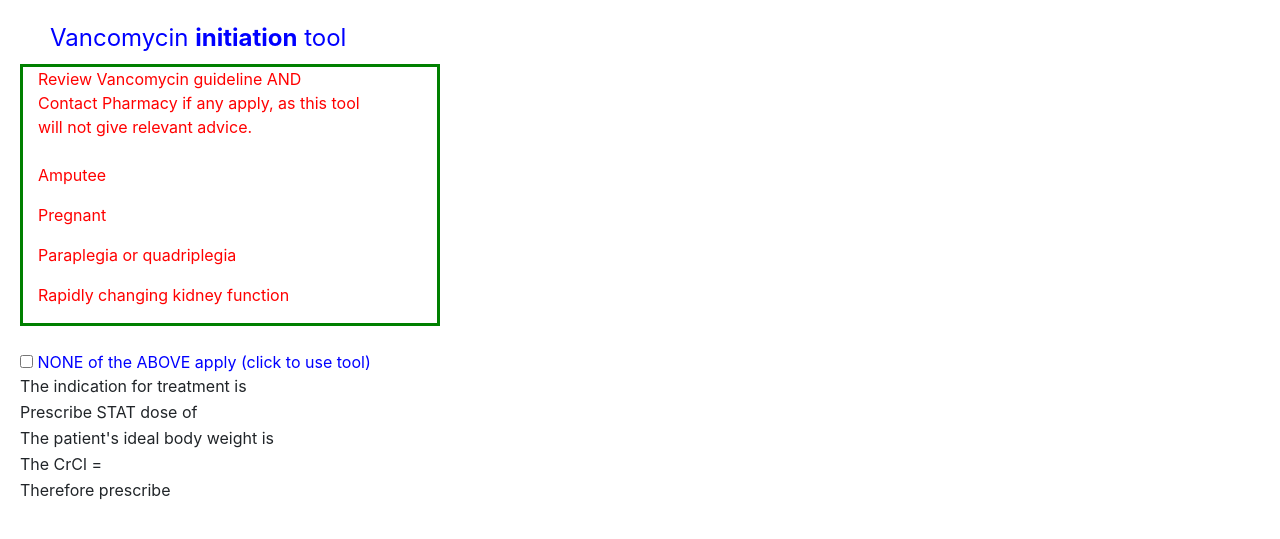
Repository: Mismiles/project-clinical-calculator
Page: index.html
The author's editor kept a record of every edit. The page is drawn from the files as they stood at one moment, then again after the next edit.
The browser window is 1280 px wide. The pictures show the whole page.

Above is the page before.

### index.html
<!doctype html>
<html lang="en">
  <head>
    <!-- Required meta tags -->
    <meta charset="utf-8">
    <meta name="viewport" content="width=device-width, initial-scale=1, shrink-to-fit=no">

    <!-- Bootstrap CSS -->
    <link rel="stylesheet" href="https://stackpath.bootstrapcdn.com/bootstrap/4.3.1/css/bootstrap.min.css" integrity="sha384-ggOyR0iXCbMQv3Xipma34MD+dH/1fQ784/j6cY/iJTQUOhcWr7x9JvoRxT2MZw1T" crossorigin="anonymous">

    <!-- Custom CSS -->
    <link href="css/stylesheet.css" rel="stylesheet">

    <title>Vancomycin calculation tool</title>

  </head>
  <body>

<form name="vanc">
<fieldset>

<!-- Form Name -->
<legend>Vancomycin <b>initiation</b> tool</legend>

<!-- Parameters -->
<section id='parameters'>
  <div class="col-lg-4 statement" for="parameters" style="color:red">Review Vancomycin guideline AND <br> Contact Pharmacy if any apply, as this tool <br> will not give relevant advice.
    <br>
    <br>
    <p>Amputee</p>
    <p>Pregnant</p>
    <p>Paraplegia or quadriplegia</p>
    <p>Rapidly changing kidney function</p>
	</div>
</section>

<!-- Safe to use tool-->
	<br>
	<div style="color:blue">
      <input type="checkbox" name="parameters" id="showform" onclick="displayForm(); hideParameters();">
      NONE of the ABOVE apply (click to use tool)
</div>

<section id='vancform'>
<!-- Indication-->
<br>
<div class="form-group">
  <label class="col-md-4 control-label" for="indication"><b>Indication</b></label>
  <div class="col-md-4">
  <input id="ind" name="indication" type="text" autocomplete="off" placeholder="Specify" class="form-control input-md" required="">
  </div>
</div>

<!-- Gender -->
<div class="form-group">
  <label class="col-md-4 control-label" for="gender"><b>Gender</b></label>
  <div class="col-md-4">
   <div class="btn-group btn-group-toggle" data-toggle="buttons">
  <label class="btn btn-outline-primary">
    <input type="radio" name="options" id="male" value="males" onclick="getGender()"> Male
  </label>
  <label class="btn btn-outline-danger">
    <input type="radio" name="options" id="female" value="females" onclick="getGender()"> Female
  </label>
</div>
  </div>
</div>

<!-- Age-->
<div class="form-group">
  <label class="col-md-4 control-label" for="age"><b>Age</b></label>
  <div class="col-md-4">
  <input id="age" name="age" type="text" maxlength="3" placeholder="Age in years" autocomplete="off" class="form-control input-md" required="">
  </div>
</div>

<!-- Weight-->
<div class="form-group">
  <label class="col-md-4 control-label" for="weight"><b>Weight in kg</b></label>
  <div class="col-md-4">
  <input id="weight" name="weight" type="text" maxlength="3" placeholder="Weight in kg" autocomplete="off" class="form-control input-md" required="">
</div>
</div>

<!-- Date picker-->
<div class="form-group">
        <label class="col-md-4 control-label" for="date"><b>Date Weight Taken</b></label>
          <div class="col-md-4">
        <input id="form-control input-md date" name="date" autocomplete="off" placeholder="MM/DD/YYY" type="date" required="" onclick="verifyDate()">
          </div>
</div>
<p id="datemessage"></p>

  <div class="checkbox">
    <label for="parameters-0">
      <input type="radio" name="parameters" id="abnormalWeight" value="" onclick="toggleIBW(); displayHeight();">
      Abnormal Weight (BMI &lt; 18.5 OR BMI &gt; 25) <br><span style="color:green"><i>Tick to help calculate BMI</i></span>
    </label>
	</div>

	 <div class="checkbox">
    <label for="parameters-1">
      <input type="radio" name="parameters" id="normalweight" value="" onclick="toggleIBW(); displayHeight();">
      Normal weight (BMI &gt; 18.5 and &lt; 25)
    </label>
	</div>
</div>
</div>

<!-- Height-->
<section id="heightbox" class="form-group">
  <label class="col-md-4 control-label" for="height"><b>Height in cm</b></label>
  <div class="col-md-4">
  <input id="height" name="height" type="text" maxlength="3" autocomplete="off" placeholder="Height in cm" class="form-control input-md" required="">
</div>
</section>

<!-- Creatinine-->
<div class="form-group">
  <label class="col-md-4 control-label" for="creatinine"><b>Serum Creatinine in µmol/L</b></label>
  <div class="col-md-4">
  <input id="creatinine" name="creatinine" type="text" autocomplete="off" maxlength="3" placeholder="Creatinine" class="form-control input-md" data-bind="value:replyNumber" required="">
  </div>
</div>

<!-- Disclaimer-->
<div style="color:red">
      <input type="checkbox" name="parameters" id="showform" onclick="safety;">
      I confirm that this tool takes no clinical responsibility for outcomes and I will use this tool to aid my ultimate clinical decision>
</div>

<!-- Button -->
<div class="form-group">
  <label class="col-md-4 control-label" for="calculate"></label>
  <div class="col-md-4">
    <script type="text/javascript" src="js/calculation.js"></script>
    <button id="calc" name="calculate" type="button" class="btn btn-primary" onclick="runCalcs();" >Display dose and monitoring advice</button>
  </div>
</div>

</fieldset>
</form>
</section>

<section id="dosingAdvice">
<p id="indication" class="text">The indication for treatment is</p>
<p id="stat_dose" class="text">Prescribe STAT dose of</p>
<p id="bmi_calc" class="text">The patient's BMI is</p>
<p id="ibw_text" class="text">The patient's ideal body weight is</p>
<p id="result_g" class="text">The CrCl =</p>
<p id="main_dose" class="text">Therefore prescribe</p>
</section>


<!-- Image carousel -->
  <div id="carouselExampleIndicators" class="carousel slide row" data-ride="carousel">
  <ol class="carousel-indicators">
    <li data-target="#carouselExampleIndicators" data-slide-to="0" class="active"></li>
    <li data-target="#carouselExampleIndicators" data-slide-to="1"></li>
    <li data-target="#carouselExampleIndicators" data-slide-to="2"></li>
    <li data-target="#carouselExampleIndicators" data-slide-to="3"></li>
    <li data-target="#carouselExampleIndicators" data-slide-to="4"></li>
    <li data-target="#carouselExampleIndicators" data-slide-to="5"></li>
    <li data-target="#carouselExampleIndicators" data-slide-to="6"></li>
    <li data-target="#carouselExampleIndicators" data-slide-to="7"></li>
    <li data-target="#carouselExampleIndicators" data-slide-to="8"></li>
    <li data-target="#carouselExampleIndicators" data-slide-to="9"></li>
  </ol>
  <div class="carousel-inner">
    <div class="carousel-item active">
      <img class="d-block w-60" src="images/vanc1.jpg" alt="First slide">
    </div>
    <div class="carousel-item">
      <img class="d-block w-60" src="images/app1.jpg" alt="Second slide">
    </div>
    <div class="carousel-item">
      <img class="d-block w-60" src="images/app2.jpg" alt="Third slide">
    </div>
    <div class="carousel-item">
      <img class="d-block w-60" src="images/app3.jpg" alt="Fourth slide">
    </div>
    <div class="carousel-item">
      <img class="d-block w-60" src="images/app41.jpg" alt="Fifth slide">
    </div>
    <div class="carousel-item">
      <img class="d-block w-60" src="images/app42.jpg" alt="Sixth slide">
    </div>
     <div class="carousel-item">
      <img class="d-block w-60" src="images/app43.jpg" alt="Seventh slide">
    </div>
     <div class="carousel-item">
      <img class="d-block w-60" src="images/app5.jpg" alt="Eigth slide">
     </div>
     <div class="carousel-item">
      <img class="d-block w-60" src="images/app6.jpg" alt="Ninth slide">
     </div>
  </div>

  <a class="carousel-control-prev" href="#carouselExampleIndicators" role="button" data-slide="prev">
    <span class="carousel-control-prev-icon" aria-hidden="true"></span>
    <span class="sr-only">Previous</span>
  </a>
  <a class="carousel-control-next" href="#carouselExampleIndicators" role="button" data-slide="next">
    <span class="carousel-control-next-icon" aria-hidden="true"></span>
    <span class="sr-only">Next</span>
  </a>
</div>


    <!-- jQuery first, then Popper.js, then Bootstrap JS -->
    <script src="https://code.jquery.com/jquery-3.3.1.slim.min.js" integrity="sha384-q8i/X+965DzO0rT7abK41JStQIAqVgRVzpbzo5smXKp4YfRvH+8abtTE1Pi6jizo" crossorigin="anonymous"></script>
    <script src="https://cdnjs.cloudflare.com/ajax/libs/popper.js/1.14.7/umd/popper.min.js" integrity="sha384-UO2eT0CpHqdSJQ6hJty5KVphtPhzWj9WO1clHTMGa3JDZwrnQq4sF86dIHNDz0W1" crossorigin="anonymous"></script>
    <script src="https://stackpath.bootstrapcdn.com/bootstrap/4.3.1/js/bootstrap.min.js" integrity="sha384-JjSmVgyd0p3pXB1rRibZUAYoIIy6OrQ6VrjIEaFf/nJGzIxFDsf4x0xIM+B07jRM" crossorigin="anonymous"></script>

        <!-- Calulation JavaScript Code-->
    <script type="text/javascript" href="js/calculation.js"></script>

  </body>
</html>

### css/stylesheet.css
body {
    position: relative;
    font-size: 1em;
    margin-left: 20px;
    margin-top: 20px;

}

legend {
    padding-left: 30px;
    color: blue;
}

.statement {
 border-style: solid;
 border-color: green;
 white-space: nowrap;
 width: 470px;
 overflow: hidden;
 text-overflow: ellipsis;
  }

 .showform {
     color: blue;
 }

#heightbox{
  display: none;
}

#bmi_calc{
    display: none;
}

#vancform {
  display: none;
}

#parameters{
    display: block;
}

#ibw_text{
    display: block;
}

.text{
    margin-bottom: 2px;
}

.datemessage{
    color: red;
}


.carousel {
  width:740px;
  height:860px;
  display: none !important;
}

### js/calculation.js
//declare global variables
    var w = document.getElementById('weight');
    var a = window.document.getElementById('age');
    var h = window.document.getElementById('height');
    var c = window.document.getElementById('creatinine');
    var m = document.getElementById("male");
    var f = document.getElementById("female");
    var normalweight = document.getElementById('normalweight');

    console.log('connected');

    // this function displays the form when the checkbox is true
    var checkbox = document.getElementById('showform');
    function displayForm() {
        var vancform = document.getElementById('vancform');

        if (checkbox.checked) {
            vancform.style.display = 'block';
        } else {
            vancform.style.display = 'none';
        }
    }

    //this function hides the parameters to make more space for the form if slected
    function hideParameters() {
        var parameters = document.getElementById('parameters');

         if (checkbox.checked) {
            parameters.style.display = 'none';
        } else {
            parameters.style.display = 'block';
        }
    }

    //this function displays the height box if abnormal weight is slected
    function displayHeight() {
        var abnormalWeight = document.getElementById('abnormalWeight');
        var heightbox = document.getElementById('heightbox')
        var bmiText = document.getElementById('bmi_calc')

        if (abnormalWeight.checked) {
            heightbox.style.display = 'block';
            bmiText.style.display = 'block';
        } else if (normalweight.checked) {
            heightbox.style.display = 'none';
            bmiText.style.display = 'none';
        }
    }

    //indication statement
    function displayIndication() {
        var ind = document.getElementById('ind').value;
        return document.getElementById('indication').innerHTML = "The indication for treatment is " + "<b>" + ind + "<b>";
    }

        // Initial dose calculation
        var vDose;

        function dose() {
            //get the input
            var weight = w.value;

            if (isNaN(weight)) {
                vDose = "<em>Weight</em>must be a number!";
            } else if (weight < 40) {
                vDose = "750"+"mg";
            } else if (weight >=40 && weight<= 59) {
                vDose = "1000"+"mg";
            } else if (weight >=60 && weight<= 90) {
                vDose = "1500"+"mg";
            } else if (weight >90) {
                vDose = "2000"+"mg";
            }
            document.getElementById("stat_dose").innerHTML = "Prescribe STAT dose of " + "<b>" + vDose + "<b>";
        }


        //Calculate BMI
        var bmi;
        function calculateBmi() {
            var weight = w.value;
            var height = h.value;

            if (isNaN(weight)) {
                bmi = "<em>Weight</em>must be a number!";
            }else if (isNaN(height)) {
                bmi = "<em>Height</em>must be a number!";
            }else if (normalweight.checked) {
                bmi = "normal";
            }else {
                bmi = (weight/(height/100*height/100)).toFixed(2);
        }
            document.getElementById("bmi_calc").innerHTML = "The patient's BMI is  " + "<b>" + bmi +  "<b>";
        }


        function toggleIBW() {
        var ibwtext = document.getElementById('ibw_text');

         if (normalweight.checked) {
            ibwtext.style.display = 'none';
        } else if (abnormalWeight.checked) {
            ibwtext.style.display = 'block';
        }
    }

        // If overweight, calculate IBW
                var IBW;
        function idealBodyWeight () {

            var formula = 0.91 * (h.value - 152.4)

            if (normalweight.checked) {
                 IBW = "normal";
            }else if (bmi > 25 && m.checked) {
                IBW = (50 + formula).toFixed(2);
            }
            else if (bmi > 25 && f.checked) {
                 IBW = (45 + formula).toFixed(2);
            }
            document.getElementById("ibw_text").innerHTML = "The patient's Ideal body weight is  " + "<b>" + IBW + "kg" + "<b>";
        }




        // Crcl without gender or creatinine adjustment
        // var CrCl0;
        // var weight = w.value;
        // var age = a.value;
        // function creatClear() {
        //     var creatinine = c.value;
        //     //get age, weight, creatinie

        //     if (age < 18) {
        //         CrCl0 = "<em>Age</em> cannot equal less than 18!";
        //     } else if (isNaN(age)) {
        //         CrCl0 = "<em>Age</em> must be a number!";
        //     } else if (isNaN(weight)) {
        //         CrCl0 = "<em>Weight</em> must be a number!";
        //     } else if (isNaN(creatinine)) {
        //         CrCl0 = "<em>Creatinine</em> must be a number!";
        //     } else {
        //         CrCl0 = ((140-age)*weight);
        //     }
        // }

        // //CrCl with gender adjustment
        // var genderCalc;
        // function kidneygender(){

        // var male = m.checked;
        // var female = f.checked;
        //     if (male){
        //         genderCalc = CrCl0 *1.23;
        //     } else{
        //         genderCalc = CrCl0 *1.04;
        //     }
        //     document.getElementById("result_g").innerHTML = "The CrCl =  " + "<b>" + (genderCalc/c.value).toFixed(2) + "</b>";
        // }

        var vancRenal;
        function vancCrcl() {
        var male = m.checked;
        var female = f.checked;
        var creatinine = c.value;
        var weight = w.value;
        var age = a.value;

            if (bmi >25 && male){
                vancRenal = ((140-age)* IBW * 1.23)/creatinine;
            }else if (bmi >25 && female){
                vancRenal = ((140-age)* IBW * 1.04)/creatinine;
            }else if (male && normalweight.checked){
                vancRenal = ((140-age)* weight * 1.23)/creatinine;
            }else if (female && normalweight.checked){
                vancRenal = ((140-age)* weight * 1.04/creatinine);
            }
            document.getElementById("result_g").innerHTML = "The CrCl =  " + "<b>" + vancRenal.toFixed(2) + "ml" +"/min" + "</b>";
        }


           var mDose;
    function maintDose() {
            //get the input


             if (isNaN(vancRenal)) {
                mDose = "fill out form properly";
            } else if (vancRenal>= 110) {
                mDose = "1500"+"mg"+" every 12 hours," + " request a drug level on ICE and JAC before the 4th dose. This includes the STAT dose";
            } else if (vancRenal >=90 && vancRenal<= 110) {
                mDose = "1250"+"mg"+" every 12 hours," + " request a drug level on ICE and JAC before the 4th dose. This includes the STAT dose";
            } else if (vancRenal >=75 && vancRenal<= 89) {
                mDose = "1000"+"mg"+" every 12 hours," + " request a drug level on ICE and JAC before the 4th dose. This includes the STAT dose";
            } else if (vancRenal >=55 && vancRenal<= 74) {
                mDose = "750"+"mg"+" every 12 hours," + " request a drug level on ICE and JAC before the 4th dose. This includes the STAT dose";
            } else if (vancRenal >=40 && vancRenal<= 54) {
                mDose = "500"+"mg"+" every 12 hours," + " request a drug level on ICE and JAC before the 4th dose. This includes the STAT dose";
            } else if (vancRenal >=30 && vancRenal<= 39) {
                mDose = "750"+"mg"+" every 24 hours,"+ " request a drug level on ICE and JAC before the 3rd dose. This includes the STAT dose";
            } else if (vancRenal >=20 && vancRenal<= 29) {
                mDose = "500"+"mg"+" every 48 hours," + " request a drug level on ICE and JAC before the 3rd dose. This includes the STAT dose";
            } else if (vancRenal >=10 && vancRenal<= 20) {
                mDose = "500"+"mg"+" every 48 hours," + " request a drug level on ICE and JAC before the 2nd dose. This includes the STAT dose";
            } else if (vancRenal <=10) {
                mDose = "500"+"mg"+" every 48 hours,"+ " request a drug level on ICE every 24 hours. This includes the STAT dose";
            }


            document.getElementById("main_dose").innerHTML = "Prescribe maintenance dose of " + "<b>" + mDose + "<b>";
        }

           function dosing_Advice() {
        var dAdvice = document.getElementById('dosingAdvice');

         { dAdvice.style.display = 'block';
        }
    }


        function runCalcs() {
            dose();
            calculateBmi();
            displayIndication();
            idealBodyWeight();
            vancCrcl();
            maintDose();
            dosing_Advice();
        }


        ///Vancomycin initiation dosing tool (all in bold)
        ///put not suitable for those ALREADY ON VANCOMYCIN
        /// Make calendar obvious

After the next edit:
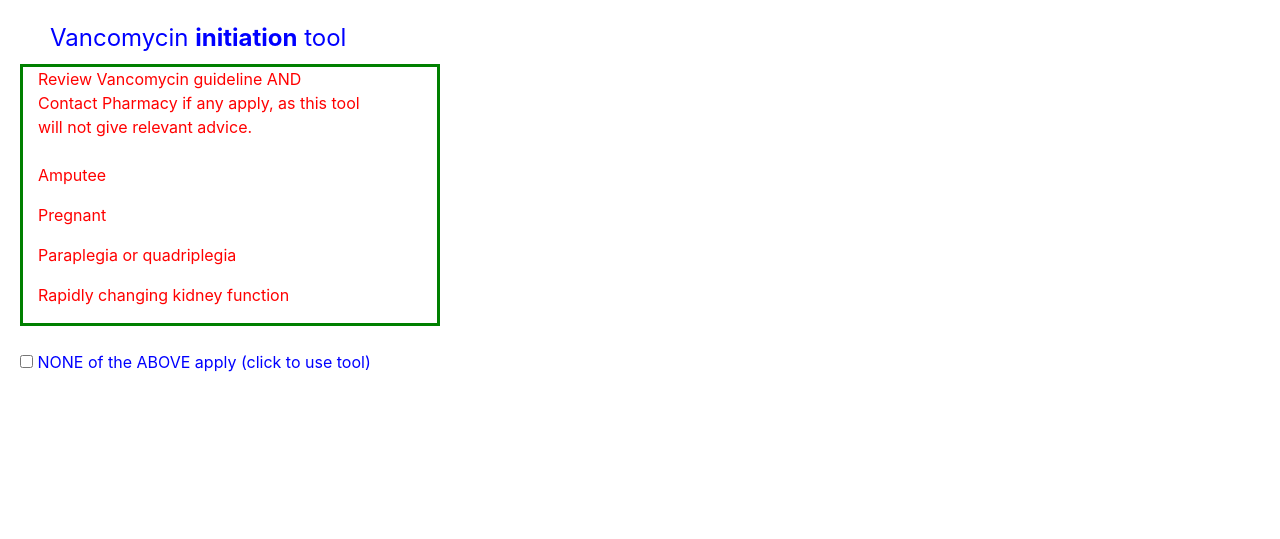
The edit:
--- a/css/stylesheet.css
+++ b/css/stylesheet.css
@@ -25,6 +25,10 @@ legend {
  }
 
 #heightbox{
+  display: none;
+}
+
+#dosingAdvice{
   display: none;
 }
 
